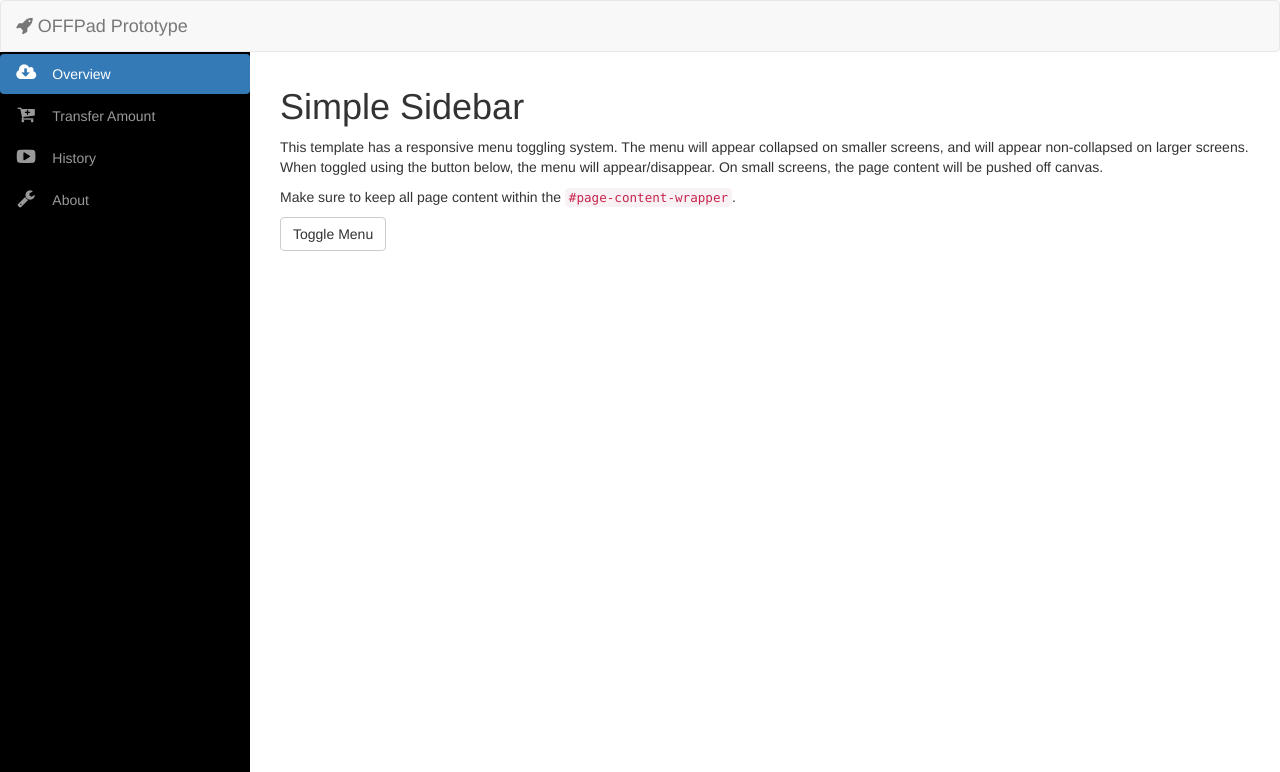
Repository: sijangurung/OFFPad-Projects
Page: Web App Workspace/OffPad WebApp/WebContent/index.html
These files come from the project's save history. The page is drawn as it stood at one moment and after the next save; the edit follows.
The browser window is 1280 px wide. The pictures show the whole page.

Above is the page before, as saved 2015-12-29 16:06:44.

After the next save:
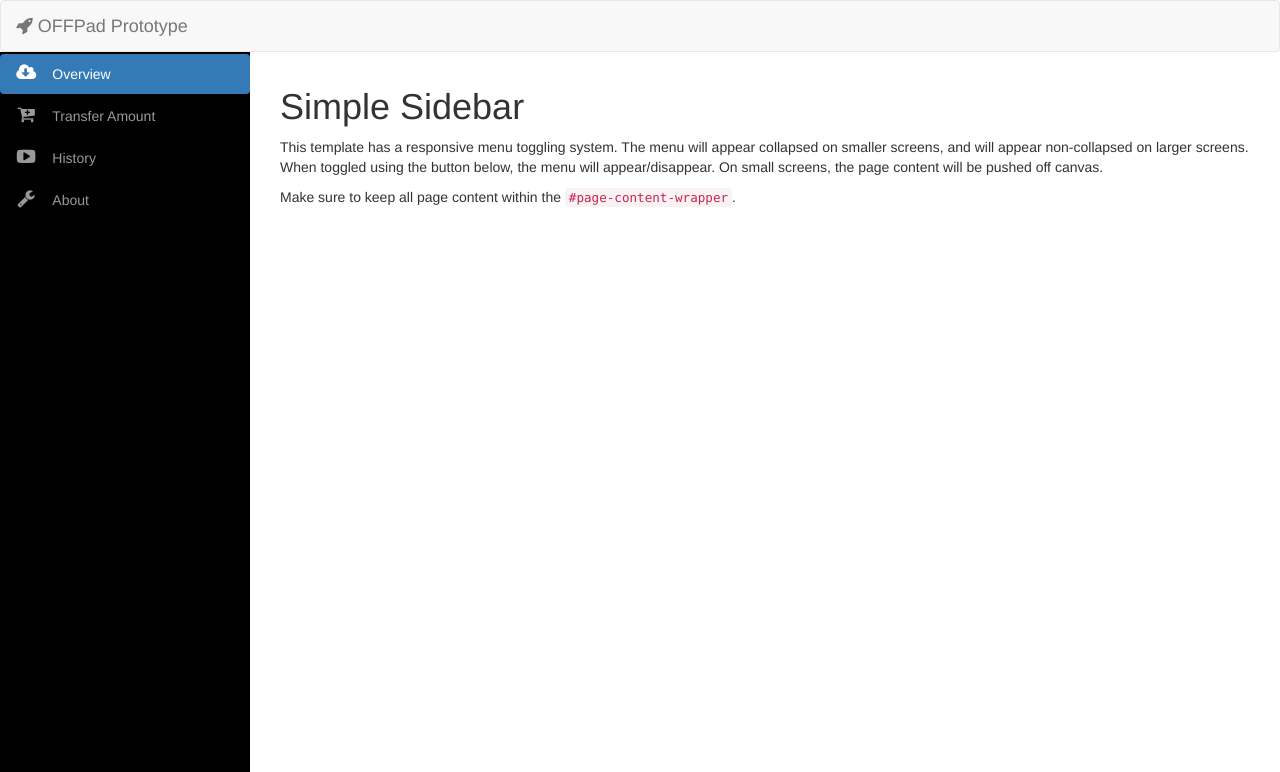
Saved 37 s later.
--- a/Web App Workspace/OffPad WebApp/WebContent/index.html
+++ b/Web App Workspace/OffPad WebApp/WebContent/index.html
@@ -61,7 +61,7 @@
                         <h1>Simple Sidebar</h1>
                         <p>This template has a responsive menu toggling system. The menu will appear collapsed on smaller screens, and will appear non-collapsed on larger screens. When toggled using the button below, the menu will appear/disappear. On small screens, the page content will be pushed off canvas.</p>
                         <p>Make sure to keep all page content within the <code>#page-content-wrapper</code>.</p>
-                        <a href="#menu-toggle" class="btn btn-default" id="menu-toggle">Toggle Menu</a>
+
                     </div>
                 </div>
             </div>
